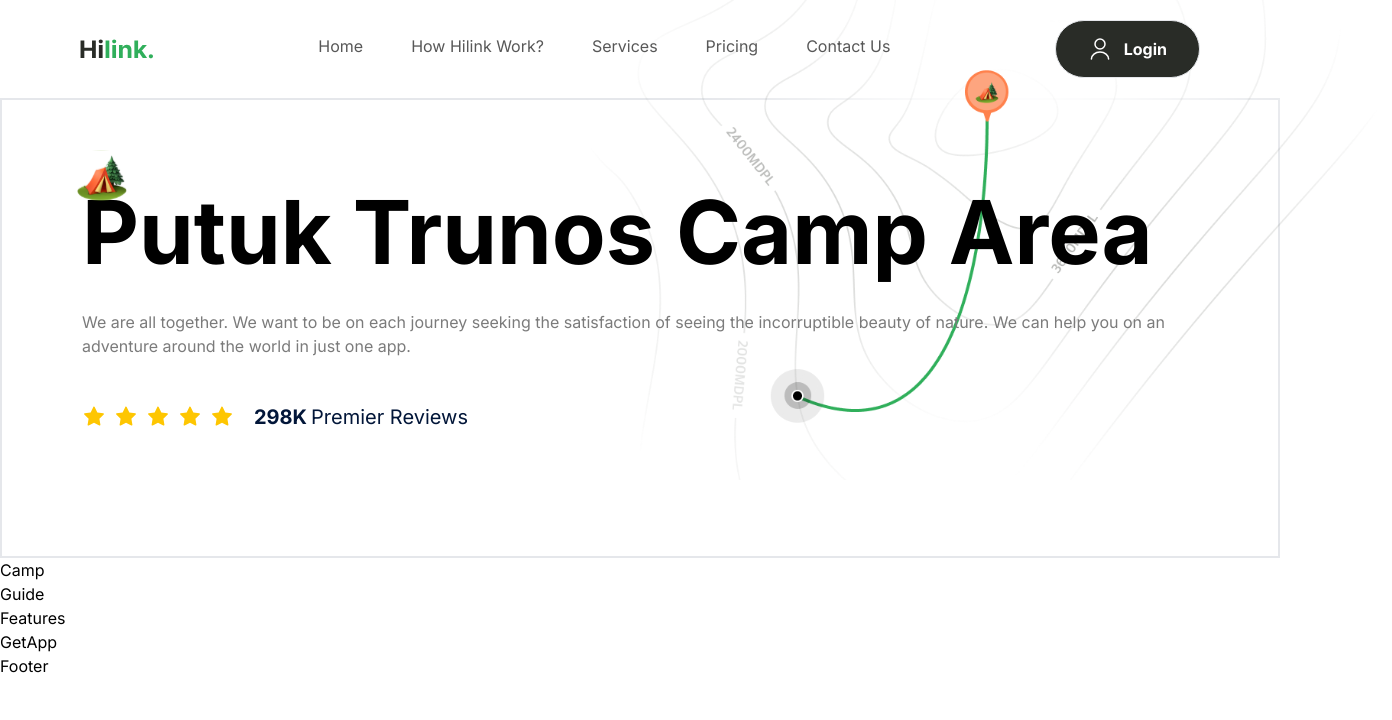
Repository: SouthpawC0der/Modern-reactsite
Page: /
These files come from the project's save history. The page is drawn as it stood at one moment and after the next save; the edit follows.
The browser window is 1280 px wide. The page is 1392 px wide, so the pictures cover 1392 px, including what lies to the right of the window. The pictures show the whole page.
The project was rebuilt for these pictures with package versions that can differ from the ones it lists, and the page was loaded fresh each time. The framework's server and built-in components were replaced by stand-ins that run in the browser. Also part of the build but not shown: next.config.ts.

Above is the page before, as saved 2025-01-30 11:34:33.

After the next save:
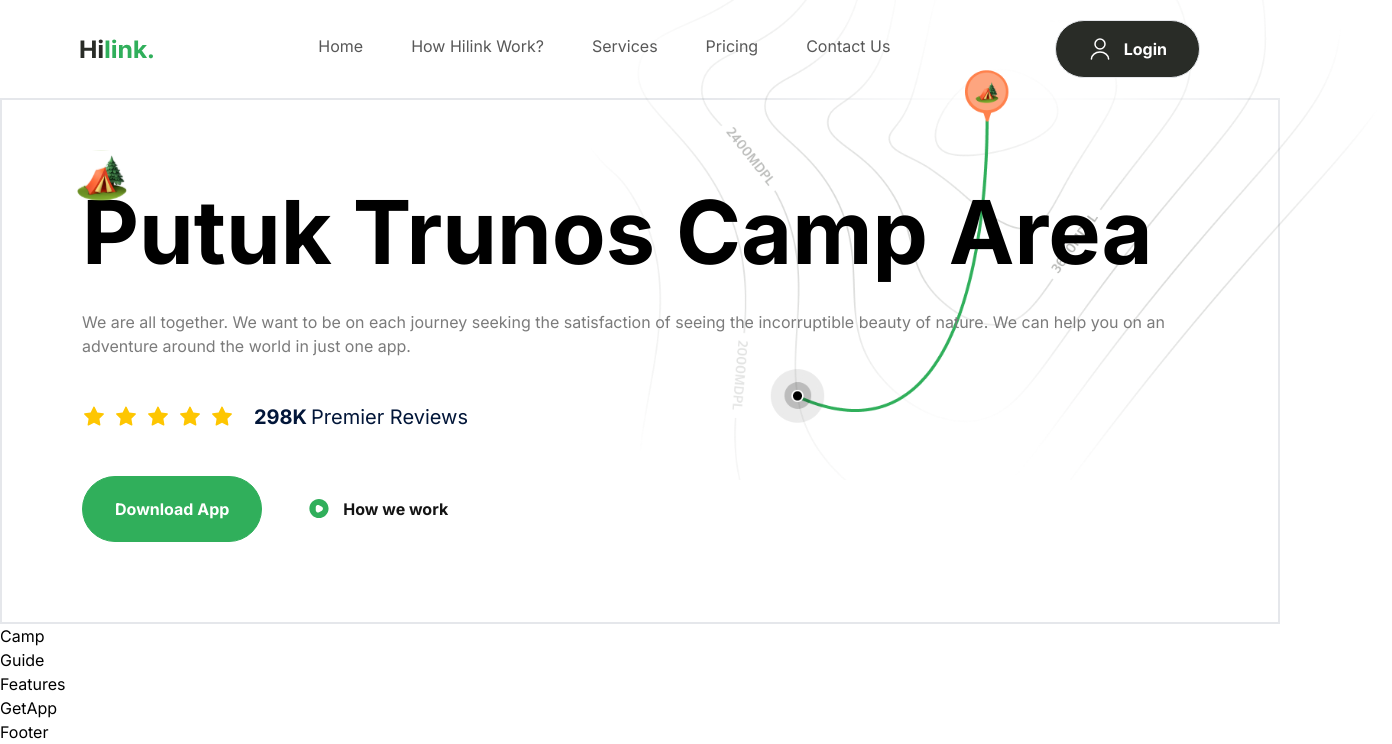
Saved 3 min 7 s later.
--- a/components/Hero.tsx
+++ b/components/Hero.tsx
@@ -1,5 +1,6 @@
 import Image from 'next/image'
 import React from 'react'
+import Button from './Button'
 
 const Hero = () => {
   return (
@@ -39,8 +40,18 @@ const Hero = () => {
                     <span className='regular-16 lg:regular-20 ml-1'>Premier Reviews</span>
                 </p>
              </div>
-             <div>
-
+             <div className='flex flex-col w-full gap-3 sm:flex-row'>
+                    <Button
+                    type='button'
+                    title='Download App'
+                    variant='btn_green'
+                    />
+                    <Button
+                    type='button'
+                    title='How we work'
+                    icon='/play.svg'
+                    variant='btn_white_text'
+                    />
              </div>
         </div>
     </section>
